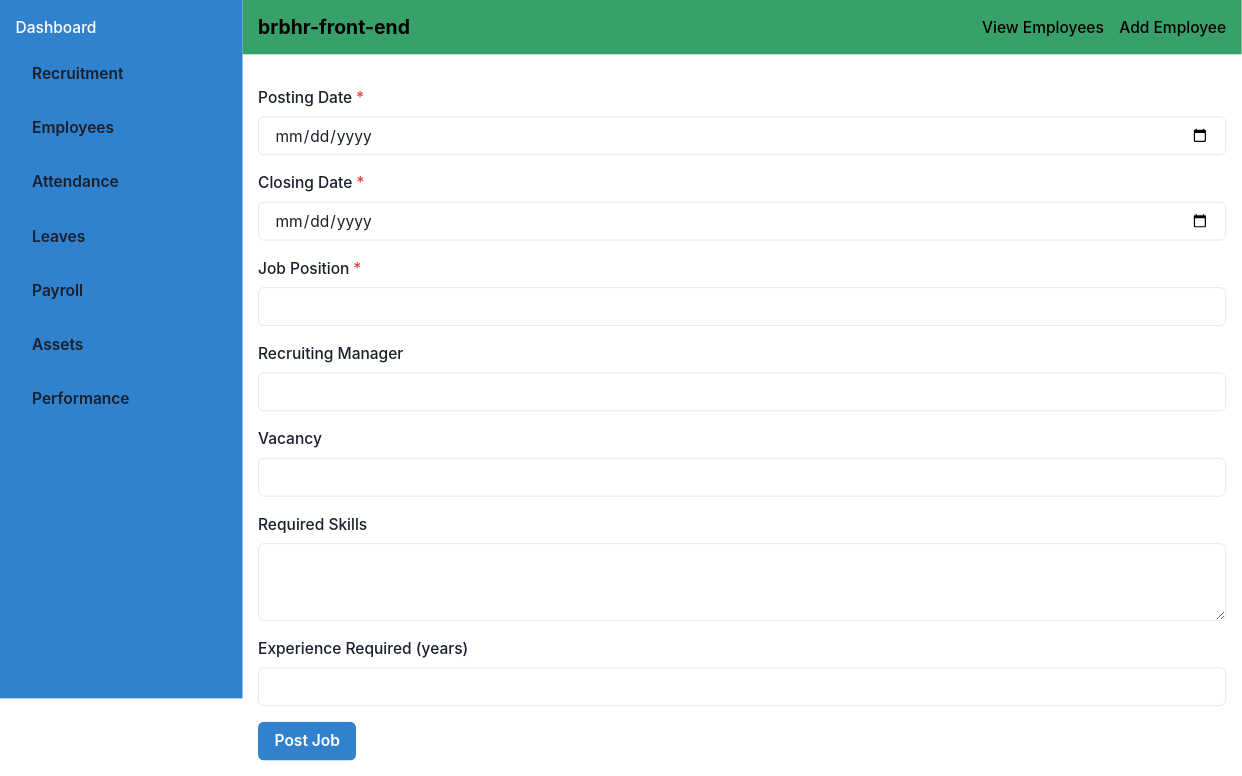
Repository: apipulse/brbhr-frontend
Page: /job-posting
The author's editor kept a copy of each file at every save. The page is drawn from the files as they stood at one save, then again after the next save.
The browser window is 1280 px wide. The pictures show the whole page, at 97% of full size.
The project was rebuilt for these pictures with package versions that can differ from the ones it lists, and the page was loaded fresh each time. Also part of the build but not shown: vite.config.js, src/components/pages/Home.jsx, src/services/EmployeeService.js, src/components/employee/EmployeeList.jsx, src/components/employee/AddEmployee.jsx, src/services/LeaveService.js, src/components/employee/LeaveList.jsx, src/components/employee/LeaveForm.jsx and 3 more.

Above is the page before, as saved 2024-01-19 22:39:47.

### src/App.jsx
import React from 'react';
import { ChakraProvider, Flex } from '@chakra-ui/react';
import { BrowserRouter as Router, Route, Routes } from 'react-router-dom';
import NavBar from './components/layout/NavBar';
import SideBar from './components/layout/SideBar';
import Home from './components/pages/Home';
import EmployeeList from './components/employee/EmployeeList';
import AddEmployee from './components/employee/AddEmployee';
import LeaveList from './components/employee/LeaveList';
import LeaveForm from './components/employee/LeaveForm';
import InterviewScheduler from './components/candidates/InterviewScheduler';
import OfferManagement from './components/candidates/OfferManagement';
import JobPostingForm from './components/candidates/JobPostingForm';
import JobApplicationsList from './components/candidates/JobApplicationsList';


const App = () => {
  return (
    <ChakraProvider>
      <Router>
        <Flex>
          <SideBar />
          <Flex flexDirection="column" width="calc(100vw - 250px)"> {/* Adjust the width */}
            <NavBar />
            <Routes>
              <Route exact path="/" element={<Home />} />
              <Route path="/employees" element={<EmployeeList />} />
              <Route path="/add-employee" element={<AddEmployee />} />
              <Route path="/leaves" element={<LeaveList />} />
              <Route path="/add-leave" element={<LeaveForm />} />
              <Route path="/schedule-interview" element={<InterviewScheduler />} />
              <Route path="/manage-offers" element={<OfferManagement />} />
              <Route path="/job-posting" element={<JobPostingForm />} />
              <Route path="/job-application-list" element={<JobApplicationsList />} />
              {/* Add more routes as needed */}
            </Routes>
          </Flex>
        </Flex>
      </Router>
    </ChakraProvider>
  );
};

export default App;

### src/components/layout/NavBar.jsx
import { Box, Flex, Link, Heading, Spacer, useMediaQuery } from '@chakra-ui/react';
import { Link as RouterLink } from 'react-router-dom';

const NavBar = () => {
  const [isLargerThan768] = useMediaQuery('(min-width: 768px)');

  return (
    <Flex
    bg="green.500"
    p="4"
    color="black"
    width="full" // Adjust to take full width of the parent container
    direction={isLargerThan768 ? 'row' : 'column'}
    align="center"
    justify={isLargerThan768 ? "space-between" : "center"}
  >
      <Box>
        <Heading size="md">brbhr-front-end</Heading>
      </Box>
      <Spacer />
      <Box mt={!isLargerThan768 ? 4 : 0}>
        <Link as={RouterLink} to="/employees" mx="4">View Employees</Link>
        <Link as={RouterLink} to="/add-employee">Add Employee</Link>
        {/* Add more links as needed */}
      </Box>
    </Flex>
  );
};

export default NavBar;

### src/components/layout/SideBar.jsx
import React, { useState } from 'react';
import { Box, Link, VStack, Collapse, Button, useDisclosure } from '@chakra-ui/react';
import { Link as RouterLink } from 'react-router-dom';

const SidebarLinkGroup = ({ title, children }) => {
  const { isOpen, onToggle } = useDisclosure();
  return (
    <Box>
      <Button variant="ghost" onClick={onToggle} width="100%" justifyContent="flex-start">
        {title}
      </Button>
      <Collapse in={isOpen} animateOpacity>
        <VStack spacing={2} align="stretch" pl={4}>
          {children}
        </VStack>
      </Collapse>
    </Box>
  );
};

const Sidebar = () => {
  return (
    <Box bg="blue.500" h="100vh" w="250px" color="white" p="4">
      <VStack spacing={4} align="stretch">
        {/* Dashboard */}
        <Link as={RouterLink} to="/dashboard">Dashboard</Link>

        <SidebarLinkGroup title="Recruitment">
          <Link as={RouterLink} to="/job-posting">Post Job</Link>
          <Link as={RouterLink} to="/job-application-list">Job Applications</Link>
          <Link as={RouterLink} to="/schedule-interview">Schedule Interview</Link>
          <Link as={RouterLink} to="/manage-offers">Manage Offers</Link>
          {/* Additional Recruitment-related links */}
        </SidebarLinkGroup>

        {/* Employees */}
        <SidebarLinkGroup title="Employees">
          <Link as={RouterLink} to="/employees/list">Employee List</Link>
          <Link as={RouterLink} to="/employees/add">Add Employee</Link>
          {/* Additional Employee-related links */}
        </SidebarLinkGroup>

        {/* Attendance */}
        <SidebarLinkGroup title="Attendance">
          <Link as={RouterLink} to="/attendance/records">Attendance Records</Link>
          <Link as={RouterLink} to="/attendance/report">Attendance Report</Link>
          {/* Additional Attendance-related links */}
        </SidebarLinkGroup>

        {/* Leaves */}
        <SidebarLinkGroup title="Leaves">
          <Link as={RouterLink} to="/leaves/apply">Apply for Leave</Link>
          <Link as={RouterLink} to="/leaves/status">Leave Status</Link>
          {/* Additional Leaves-related links */}
        </SidebarLinkGroup>

        {/* Payroll */}
        <SidebarLinkGroup title="Payroll">
          <Link as={RouterLink} to="/payroll/salary">Salary Details</Link>
          <Link as={RouterLink} to="/payroll/statements">Payroll Statements</Link>
          {/* Additional Payroll-related links */}
        </SidebarLinkGroup>

        {/* Assets */}
        <SidebarLinkGroup title="Assets">
          <Link as={RouterLink} to="/assets/manage">Manage Assets</Link>
          <Link as={RouterLink} to="/assets/assign">Assign Assets</Link>
          {/* Additional Asset-related links */}
        </SidebarLinkGroup>

        {/* Performance (PMS) */}
        <SidebarLinkGroup title="Performance">
          <Link as={RouterLink} to="/performance/reviews">Performance Reviews</Link>
          <Link as={RouterLink} to="/performance/goals">Set Goals</Link>
          {/* Additional Performance-related links */}
        </SidebarLinkGroup>

        {/* Additional main categories as needed */}
      </VStack>
    </Box>
  );
};

export default Sidebar;

### src/components/candidates/JobPostingForm.jsx
import React, { useState } from 'react';
import { Box, FormControl, FormLabel, Input, Button, Textarea, NumberInput, NumberInputField } from '@chakra-ui/react';
import { postJob } from '../../services/CandidateService';

const JobPostingForm = () => {
    const [jobPosting, setJobPosting] = useState({
        title: '',
        description: '',
        postingDate: '',
        closingDate: '',
        jobPosition: '',
        recruitingManager: '',
        vacancy: 1,
        requiredSkills: '',
        experienceRequired: 1
    });

    const handleChange = (e) => {
        if (e.target.name === 'requiredSkills') {
            setJobPosting({ ...jobPosting, requiredSkills: e.target.value.split(',').map(skill => skill.trim()) });
        } else {
            setJobPosting({ ...jobPosting, [e.target.name]: e.target.value });
        }
    };

    const handleSubmit = async (e) => {
        e.preventDefault();
        try {
            const response = await postJob(jobPosting);
            console.log('Job Posted:', response);
        } catch (error) {
            console.error('Error posting job:', error);
            // Handle error
        }
    };

    return (
        <Box p={4}>
            <form onSubmit={handleSubmit}>
                {/* Existing form controls for title and description */}
                {/* Additional form controls for new fields */}
                <FormControl id="postingDate" isRequired mt={4}>
                    <FormLabel>Posting Date</FormLabel>
                    <Input name="postingDate" type="date" onChange={handleChange} />
                </FormControl>
                <FormControl id="closingDate" isRequired mt={4}>
                    <FormLabel>Closing Date</FormLabel>
                    <Input name="closingDate" type="date" onChange={handleChange} />
                </FormControl>
                <FormControl id="jobPosition" isRequired mt={4}>
                    <FormLabel>Job Position</FormLabel>
                    <Input name="jobPosition" type="text" onChange={handleChange} />
                </FormControl>
                <FormControl id="recruitingManager" mt={4}>
                    <FormLabel>Recruiting Manager</FormLabel>
                    <Input name="recruitingManager" type="text" onChange={handleChange} />
                </FormControl>
                <FormControl id="vacancy" mt={4}>
                    <FormLabel>Vacancy</FormLabel>
                    <NumberInput min={1}>
                        <NumberInputField name="vacancy" onChange={handleChange} />
                    </NumberInput>
                </FormControl>
                <FormControl id="requiredSkills" mt={4}>
                    <FormLabel>Required Skills</FormLabel>
                    <Textarea name="requiredSkills" onChange={handleChange} />
                </FormControl>
                <FormControl id="experienceRequired" mt={4}>
                    <FormLabel>Experience Required (years)</FormLabel>
                    <NumberInput min={0}>
                        <NumberInputField name="experienceRequired" onChange={handleChange} />
                    </NumberInput>
                </FormControl>
                <Button mt={4} colorScheme="blue" type="submit">Post Job</Button>
            </form>
        </Box>
    );
};

export default JobPostingForm;

### src/services/CandidateService.js
import axios from './axiosInstance'; // Assuming axiosInstance is set up for making API calls

export const postJob = async (jobPosting) => {
    try {
        const response = await axios.post('candidates/post-job', jobPosting);
        return response.data;
    } catch (error) {
        console.log(error);
        throw error;
    }
};

export const getAllJobPostings = async () => {
    try {
        const response = await axios.get('candidates/job-postings');
        return response.data;
    } catch (error) {
        console.log(error);
        throw error;
    }
};

export const applyForJob = async (application) => {
    try {
        const response = await axios.post('candidates/apply', application);
        return response.data;
    } catch (error) {
        console.log(error);
        throw error;
    }
};

export const getCandidateApplications = async (candidateId) => {
    try {
        const response = await axios.get(`candidates/applications/${candidateId}`);
        return response.data;
    } catch (error) {
        console.log(error);
        throw error;
    }
};

export const scheduleInterview = async (interview) => {
    try {
        const response = await axios.post('candidates/schedule-interview', interview);
        return response.data;
    } catch (error) {
        console.log(error);
        throw error;
    }
};

export const extendOffer = async (offer) => {
    try {
        const response = await axios.post('candidates/extend-offer', offer);
        return response.data;
    } catch (error) {
        console.log(error);
        throw error;
    }
};

export const acceptOffer = async (offerId) => {
    try {
        const response = await axios.post(`candidates/accept-offer/${offerId}`);
        return response.data;
    } catch (error) {
        console.log(error);
        throw error;
    }
};

// Additional functions for updating/deleting job postings, interviews, offers, etc.

### src/services/axiosInstance.js
import axios from 'axios';

const axiosInstance = axios.create({
    baseURL: 'http://localhost:8080/api/', // Update with your actual API URL
    // You can add more default settings here
});

export default axiosInstance;

Loaded but not shown: index.html (common file); src/main.jsx (common file); src/index.css (common file)

After the next save:
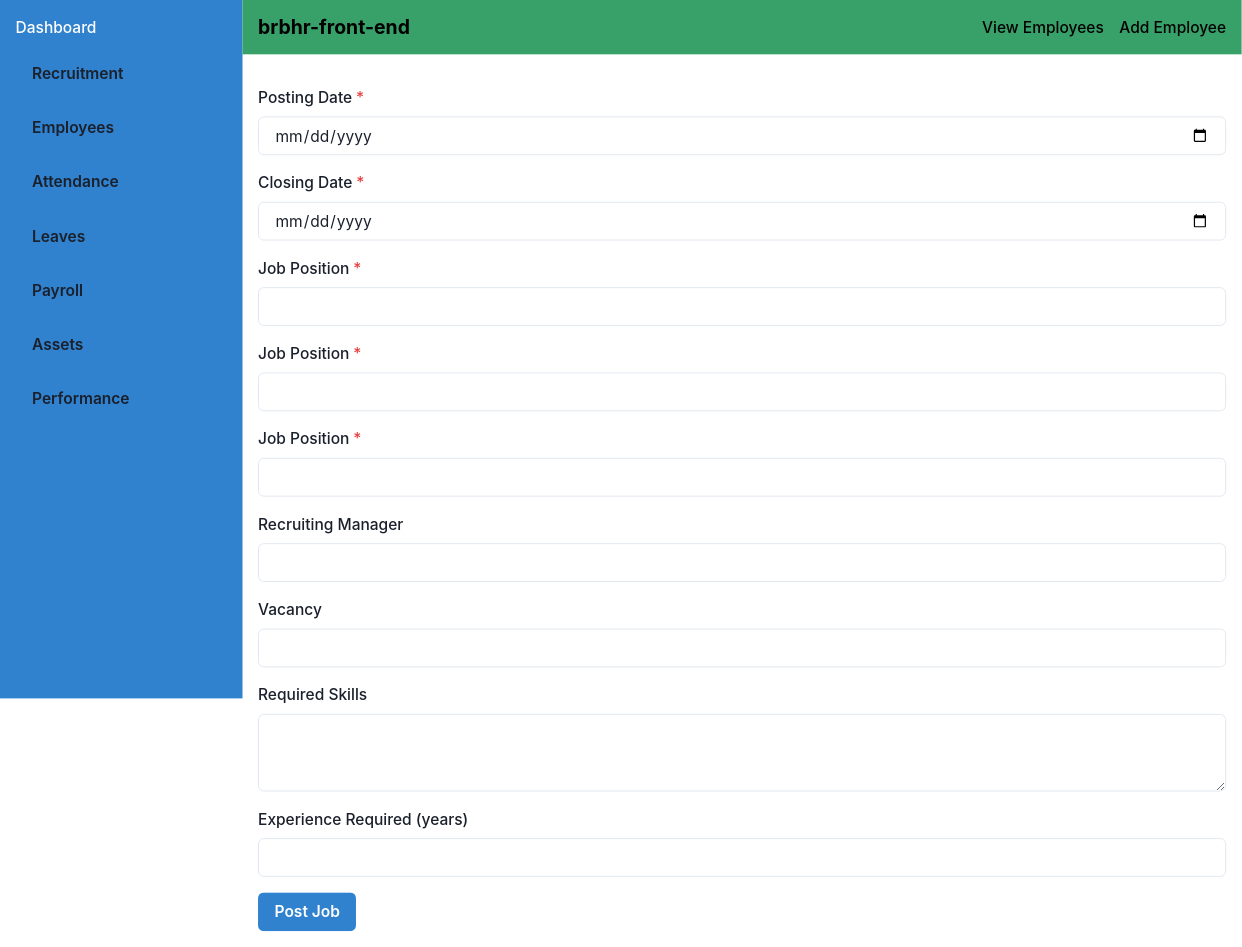
Saved 5 min 30 s later.
--- a/src/components/candidates/JobPostingForm.jsx
+++ b/src/components/candidates/JobPostingForm.jsx
@@ -51,6 +51,14 @@ const JobPostingForm = () => {
                     <FormLabel>Job Position</FormLabel>
                     <Input name="jobPosition" type="text" onChange={handleChange} />
                 </FormControl>
+                <FormControl id="jobPosition" isRequired mt={4}>
+                    <FormLabel>Job Position</FormLabel>
+                    <Input name="jobPosition" type="text" onChange={handleChange} />
+                </FormControl>
+                <FormControl id="jobPosition" isRequired mt={4}>
+                    <FormLabel>Job Position</FormLabel>
+                    <Input name="jobPosition" type="text" onChange={handleChange} />
+                </FormControl>
                 <FormControl id="recruitingManager" mt={4}>
                     <FormLabel>Recruiting Manager</FormLabel>
                     <Input name="recruitingManager" type="text" onChange={handleChange} />
